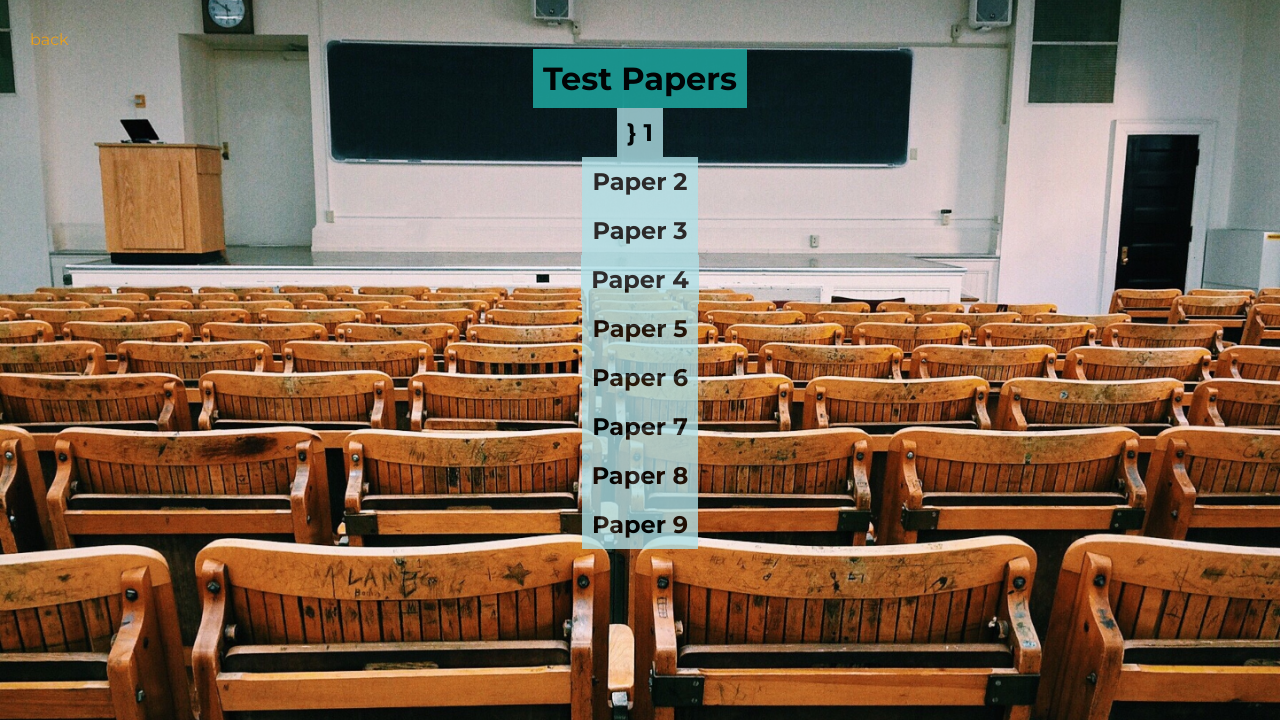
Repository: GauravBrahmbhatt/Psquare
Page: /testpage
The author's editor kept a copy of each file at every save. The page is drawn from the files as they stood at one save, then again after the next save.
The browser window is 1280 px wide. The pictures show the whole page.
The project was rebuilt for these pictures with package versions that can differ from the ones it lists, and the page was loaded fresh each time. Also part of the build but not shown: src/pages/main.js, src/pages/timer.js, src/pages/TestPapers/level1.js.

Above is the page before, as saved 2020-06-18 18:29:32.

### src/App.js
import React, { Component } from 'react';
import {Switch, Route, Router} from 'react-router-dom';
import History from './pages/History';

import NextPage from './pages/TestLoader';
import Main from './pages/main';
//import TestPage from './pages/LevelCoordinator';
import TestPage from './pages/TestPapers/level1';
//import Level2 from './pages/TestPapers/level2';
//import Level3 from './pages/TestPapers/level3';
//import Level4 from './pages/TestPapers/level4';
//import Level5 from './pages/TestPapers/level5';
//import Level6 from './pages/TestPapers/level6';
//import Level7 from './pages/TestPapers/level7';

//https://codepen.io/abbeyjfitzgerald/pen/QaeoYj

/*const backUrl = '/some/other/value'
// this.props.testvalue === "hello"
<Link to={{pathname: `/${this.props.testvalue}`, query: {backUrl}}} />
console.log(this.props.match.params.testvalue, this.props.location.query.backurl)
// output
hello /some/other/value
*/



class App extends Component {
	//this.props.match.params.id






  render(){
    return(

      <Router history={History}>
        <Switch>
          <Route path="/" exact component={Main} />
          <Route path="/testpage" component={NextPage} />
          <Route path="/timedtest" component={TestPage} />

        </Switch>
      </Router>
    )

  }
}

export default App;

//	  <Route path="/random" component={Level4} />
/*{"q":["24","-4","7"], "a":27},
	{"q":["3","-2","36"], "a":37},
	{"q":["56","-1","3"], "a":58},
	{"q":["88","-2","-1"], "a":85},
	{"q":["73","-1","7"], "a":79},
	{"q":["7","32","-4"], "a":35},
	{"q":["6","71","-5"], "a":72},
	{"q":["16","-5","2"], "a":13},
	{"q":["7","22","-7"], "a":22},
	{"q":["38","-6","2"], "a":34},
	{"q":["5","54","-1"], "a":58},
	{"q":["5","54","-1"], "a":58},
	{"q":["5","54","-1"], "a":58},
	{"q":["5","54","-1"], "a":58},
	{"q":["5","54","-1"], "a":58},
	{"q":["5","54","-1"], "a":58},
	{"q":["5","54","-1"], "a":58},
	{"q":["5","54","-1"], "a":58},
	{"q":["5","54","-1"], "a":58},
	{"q":["5","54","-1"], "a":58},
	{"q":["5","54","-1"], "a":58},
	{"q":["5","54","-1"], "a":58},
	{"q":["5","54","-1"], "a":58},
	{"q":["5","54","-1"], "a":58},
	{"q":["5","54","-1"], "a":58},
	{"q":["5","54","-1"], "a":58},
	{"q":["5","54","-1"], "a":58},
	{"q":["5","54","-1"], "a":58},
	{"q":["5","54","-1"], "a":58},
	{"q":["5","54","-1"], "a":58},
	{"q":["5","54","-1"], "a":58},
	{"q":["5","54","-1"], "a":58},
	{"q":["5","54","-1"], "a":58},
	{"q":["5","54","-1"], "a":58},
	{"q":["5","54","-1"], "a":58},
	{"q":["5","54","-1"], "a":58},
	{"q":["5","54","-1"], "a":58},
	{"q":["5","54","-1"], "a":58},
	{"q":["5","54","-1"], "a":58},
	{"q":["5","54","-1"], "a":58},
	{"q":["5","54","-1"], "a":58},
	{"q":["5","54","-1"], "a":58},
	{"q":["5","54","-1"], "a":58},
	{"q":["5","54","-1"], "a":58},
	{"q":["5","54","-1"], "a":58},
	{"q":["5","54","-1"], "a":58},
	{"q":["5","54","-1"], "a":58},
	{"q":["5","54","-1"], "a":58},
	{"q":["5","54","-1"], "a":58},
	{"q":["5","54","-1"], "a":58},
	{"q":["5","54","-1"], "a":58},
	{"q":["5","54","-1"], "a":58},
	{"q":["5","54","-1"], "a":58},
	{"q":["5","54","-1"], "a":58},
	{"q":["5","54","-1"], "a":58},
	{"q":["5","54","-1"], "a":58},
	{"q":["5","54","-1"], "a":58},
	{"q":["5","54","-1"], "a":58},
	{"q":["5","54","-1"], "a":58},
	{"q":["5","54","-1"], "a":58},
	{"q":["5","54","-1"], "a":58},
	{"q":["5","54","-1"], "a":58},
	{"q":["5","54","-1"], "a":58},
	{"q":["5","54","-1"], "a":58},
	{"q":["5","54","-1"], "a":58},
	{"q":["5","54","-1"], "a":58},
	{"q":["5","54","-1"], "a":58},
	{"q":["5","54","-1"], "a":58},
	{"q":["5","54","-1"], "a":58},
	{"q":["5","54","-1"], "a":58},
	{"q":["5","54","-1"], "a":58},
	{"q":["5","54","-1"], "a":58},
	{"q":["5","54","-1"], "a":58},
	{"q":["5","54","-1"], "a":58},
	{"q":["5","54","-1"], "a":58},
	{"q":["5","54","-1"], "a":58},
	{"q":["5","54","-1"], "a":58},
	{"q":["5","54","-1"], "a":58},
	{"q":["5","54","-1"], "a":58},
	{"q":["5","54","-1"], "a":58},
	{"q":["5","54","-1"], "a":58},
	{"q":["5","54","-1"], "a":58},
	{"q":["5","54","-1"], "a":58},
	{"q":["5","54","-1"], "a":58},
	{"q":["5","54","-1"], "a":58},
	{"q":["5","54","-1"], "a":58},
	{"q":["5","54","-1"], "a":58},
	{"q":["5","54","-1"], "a":58},
	{"q":["5","54","-1"], "a":58},
	{"q":["5","54","-1"], "a":58},
	{"q":["5","54","-1"], "a":58},
	{"q":["5","54","-1"], "a":58},
	{"q":["5","54","-1"], "a":58},
	{"q":["5","54","-1"], "a":58},
	{"q":["5","54","-1"], "a":58},
	{"q":["5","54","-1"], "a":58},
	{"q":["5","54","-1"], "a":58},
	{"q":["5","54","-1"], "a":58},
	{"q":["5","54","-1"], "a":58},
	{"q":["5","54","-1"], "a":58},
	{"q":["5","54","-1"], "a":58},
	{"q":["5","54","-1"], "a":58},
	{"q":["5","54","-1"], "a":58},
	{"q":["5","54","-1"], "a":58},
	{"q":["5","54","-1"], "a":58},
	{"q":["5","54","-1"], "a":58},
	{"q":["5","54","-1"], "a":58},
	{"q":["5","54","-1"], "a":58},
	{"q":["5","54","-1"], "a":58},
	{"q":["5","54","-1"], "a":58},
	{"q":["5","54","-1"], "a":58},
	{"q":["5","54","-1"], "a":58},
	{"q":["5","54","-1"], "a":58},
	{"q":["5","54","-1"], "a":58},
	{"q":["5","54","-1"], "a":58},
	{"q":["5","54","-1"], "a":58},
	{"q":["5","54","-1"], "a":58},
	{"q":["5","54","-1"], "a":58},
	{"q":["5","54","-1"], "a":58},
	{"q":["5","54","-1"], "a":58},
	{"q":["5","54","-1"], "a":58},
	{"q":["5","54","-1"], "a":58},
	{"q":["5","54","-1"], "a":58},
	{"q":["5","54","-1"], "a":58},
	{"q":["5","54","-1"], "a":58},
	{"q":["5","54","-1"], "a":58},
	{"q":["5","54","-1"], "a":58},
	{"q":["5","54","-1"], "a":58},
	{"q":["5","54","-1"], "a":58},
	{"q":["5","54","-1"], "a":58},
	{"q":["5","54","-1"], "a":58},
	{"q":["5","54","-1"], "a":58},
	{"q":["5","54","-1"], "a":58},
	{"q":["5","54","-1"], "a":58},
	{"q":["5","54","-1"], "a":58},
	{"q":["5","54","-1"], "a":58},
	{"q":["5","54","-1"], "a":58},
	{"q":["5","54","-1"], "a":58},
	{"q":["5","54","-1"], "a":58},
	{"q":["5","54","-1"], "a":58}*/

### src/pages/TestLoader.js
import React, { useState, useEffect } from "react";
import { Link } from "react-router-dom";


const TestLoader = ({ location }) => {

    const [ level, setLLevel ] = useState('');

  useEffect(() => {

    const params = new URLSearchParams(location.search);
    //let arr=params.getAll();
    //console.log(arr);
    const level = params.get("l");
    setLLevel(level ? level : "1");

    //console.log("level");
    //console.log(level);
    // get the q param
    //const q = params.get('q');
    // set language in state to the q parameter
    //setLanguage(q ? q : 'MatLab');
    //eslint-disable-next-line
  }, []);

  return (

    <div>
      <Link to="/">back</Link>
      <h1 className="title1">Test Papers</h1>
      <Link to="/timedtest?p=1">
        <p className="hover">{}} 1</p>
      </Link>
      <Link to="/timedtest?p=2">
        <p className="hover">Paper 2</p>
      </Link>
      <Link to="/timedtest?p=3">
        <p className="hover">Paper 3</p>
      </Link>
      <Link to="/timedtest?p=4">
        <p className="hover">Paper 4</p>
      </Link>
      <Link to="/timedtest?p=5">
        <p className="hover">Paper 5</p>
      </Link>
      <Link to="/timedtest?p=6">
        <p className="hover">Paper 6</p>
      </Link>
      <Link to="/timedtest?p=7">
        <p className="hover">Paper 7</p>
      </Link>
      <Link to="/timedtest?p=8">
        <p className="hover">Paper 8</p>
      </Link>
      <Link to="/timedtest?p=9">
        <p className="hover">Paper 9</p>
      </Link>
    </div>
  );
};

export default TestLoader;

### src/styleSheets/main.scss
@import url("https://fonts.googleapis.com/css?family=Montserrat:400,500,600,700");

* {
  -webkit-box-sizing: border-box;
  -moz-box-sizing: border-box;
  box-sizing: border-box;
}

body {
  font-family: "Montserrat";
  margin: 30px;
  background-image: url("../Bench.jpg");

  /* Set a specific height */
  height: 500px;

  /* Create the parallax scrolling effect */
  background-attachment: fixed;
  background-position: center;
  background-repeat: no-repeat;
  background-size: cover;
  //background-color:rgba(255,255,255,0.1);
  opacity: 0.8;
  //position: absolute;
  z-index: -1;
}

a {
  text-decoration: none;
  color: orange;
}

h2 {
  color: #000;
  margin: 2rem 0 0.5rem;
  font-size: 1.25rem;
  font-weight: 400;
  text-transform: uppercase;
}

img {
  display: block;
  border: 0;
  width: 100%;
  height: auto;
}

/***************************           Cards            *******************************/

.title {
  margin: auto;
  width: max-content;
  padding: 10px;
  font-size: 2rem;
  display: flex;
  font-weight: 900;
  background: #539fd3;
}

.title1 {
  margin: auto;
  width: max-content;
  padding: 10px;
  font-size: 2rem;
  display: flex;
  font-weight: 900;
  background: lightseagreen;
}

/* Turn off parallax scrolling for all tablets and phones. Increase/decrease the pixels if needed */
//@media only screen and (max-device-width: 1366px) {
// .parallax {
//   /* The image used */
//   //background-image: url("../Bench.jpg");

//   /* Set a specific height */
//   //height: 500px;

//   /* Create the parallax scrolling effect */
//   // background-attachment: fixed;
//   //background-position: center;
//   //background-repeat: no-repeat;
//   //background-size: cover;
//   //opacity: 0.2;
//   z-index: 1;
// }
//}

@mixin hideTapHighlightColor() {
  //Prevent highlight colour when element is tapped
  -webkit-tap-highlight-color: rgba(0, 0, 0, 0);
}

@mixin hardwareAccel() {
  //Improve performance on mobile/tablet devices
  transform: translateZ(0);
}

@mixin improveAntiAlias() {
  //Improve aliasing on mobile/tablet devices
  box-shadow: 0 0 1px rgba(0, 0, 0, 0);
}

.hover {
  display: inline-block;
  transition-duration: 0.5s;
  transition-property: transform;
  margin: auto;
  width: max-content;
  padding: 10px;
  font-size: 1.5rem;
  display: flex;
  font-weight: 900;
  color: black;
  background-color: powderblue;

  @include hideTapHighlightColor();
  @include hardwareAccel();
  @include improveAntiAlias();

  &:hover {
    transform: translateY(-6px);
    animation-name: hover;
    animation-duration: 1.5s;
    animation-delay: 1.5s;
    animation-timing-function: linear;
    animation-iteration-count: infinite;
    animation-direction: alternate;
  }
}

.cards {
  display: grid;
  grid-template-columns: repeat(
    auto-fill,
    minmax(200px, 1fr)
  ); /* see notes below */
  grid-auto-rows: minmax(120px, auto);
  grid-gap: 5rem;
  z-index: 5;
}

.card {
  /*height: 200px;*/
  /*background: red;*/
  border: 2px solid #e7e7e7;
  border-radius: 4px;
  padding: 0.5rem;
  -webkit-box-shadow: 0 2px 2px rgba(0, 0, 0, 0.15);
  box-shadow: 0 2px 2px rgba(0, 0, 0, 0.15);
  display: flex;
  /* -webkit-box-orient: vertical; */
  /* -webkit-box-direction: normal; */
  -ms-flex-direction: column;
  flex-direction: column;
  position: relative;
  color: #5d5e5e;
} /* li item */

.thumbnail img {
  fill: #c7c4c4;
  height: 135px;
  //opacity: 0.25;
  padding: 1.5rem;
}

.card-content {
  font-size: 0.75rem;
  display: flex;
  -webkit-box-orient: vertical;
  -webkit-box-direction: normal;
  -ms-flex-direction: column;
  flex-direction: column;
  -webkit-box-flex: 1;
  -ms-flex: 1;
  flex: 1;
}

.panel.card-panel .panel-header {
  background-color: #ffffff;
  font-size: 0.75rem;
  font-weight: 400;
  height: 25px !important;
}

.panel.card-panel .panel-content {
  -webkit-box-flex: 1;
  -ms-flex: 1;
  flex: 1;
}

.category {
  font-size: 0.75rem;
  text-transform: uppercase;
}

footer {
  border-top: 2px solid #e7e7e7;
  margin: 0.5rem 0 0;
  min-height: 30px;
  font-size: 0.5rem;
}

.category {
  position: absolute;
  top: 105px;
  left: 75px;
  color: #fff;
  background: #e74c3c;
  padding: 5px 15px;
  font-size: 15px;
  font-weight: 600;
  text-transform: uppercase;
}

.category__01 {
  background-color: #50c6db;
}

.category__02 {
  background-color: #51bb7b;
}

.category__03 {
  background-color: firebrick;
}

.category__04 {
  background-color: palegoldenrod;
}

.category__05 {
  background-color: olive;
}

.post-meta {
  margin-top: 1rem;
}

.comments {
  margin-left: 0.5rem;
}

.center {
  margin: auto;
  width: 50%;
  //border: 3px solid green;
  padding: 10px;
}

.fa-check {
  color: #13a775;
}

.fa-times {
  color: #f42020;
}

input[type="number"]::-webkit-inner-spin-button,
input[type="number"]::-webkit-outer-spin-button {
  -webkit-appearance: none;
}
input[type="number"] {
  -moz-appearance: textfield;
}

.heidi {
  display: none;
}

table {
  border-collapse: collapse;
}

//td, th,
tr {
  border: 2.5px solid #999;
  padding: 5px;
  text-align: center;
}

Loaded but not shown: src/index.js (common file); src/index.css (common file); src/serviceWorker.js (common file); src/pages/History.js (common file)

After the next save:
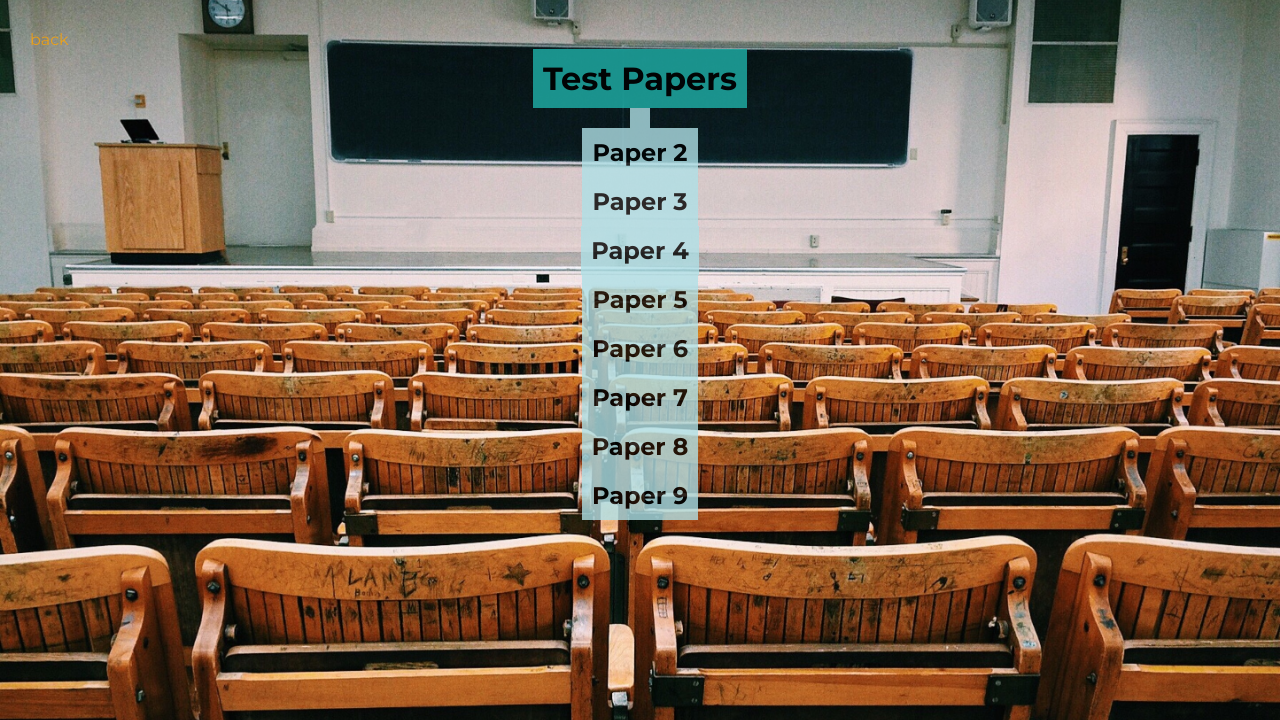
Saved 4 s later.
--- a/src/pages/TestLoader.js
+++ b/src/pages/TestLoader.js
@@ -29,7 +29,7 @@ const TestLoader = ({ location }) => {
       <Link to="/">back</Link>
       <h1 className="title1">Test Papers</h1>
       <Link to="/timedtest?p=1">
-        <p className="hover">{}} 1</p>
+        <p className="hover">{}</p>
       </Link>
       <Link to="/timedtest?p=2">
         <p className="hover">Paper 2</p>
